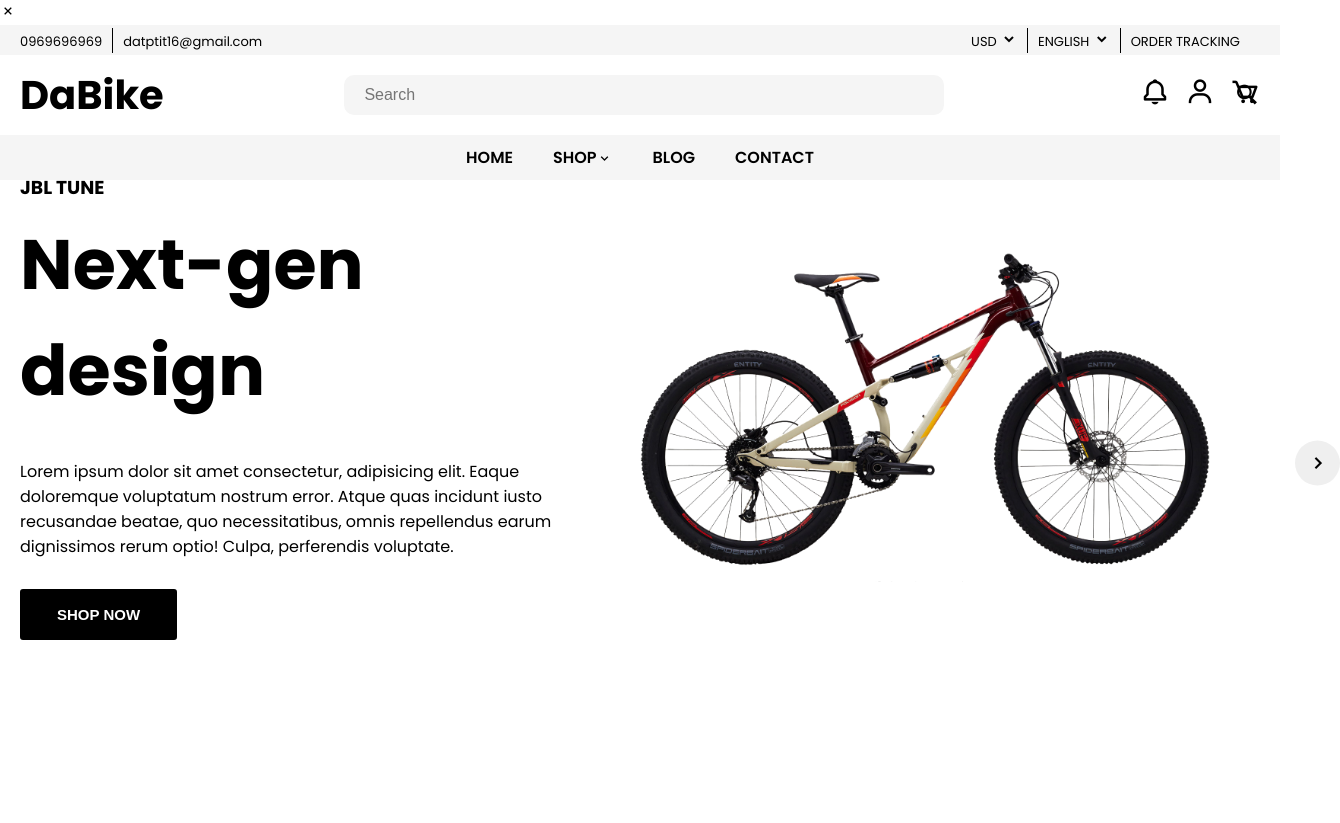
Repository: Datt21/DacMaxx
Page: index.html
The author's editor kept a copy of each file at every save. The page is drawn from the files as they stood at one save, then again after the next save.
The browser window is 1280 px wide. The page is 1340 px wide, so the pictures cover 1340 px, including what lies to the right of the window. The pictures show the whole page.

Above is the page before, as saved 2021-07-07 01:21:03.

After the next save:
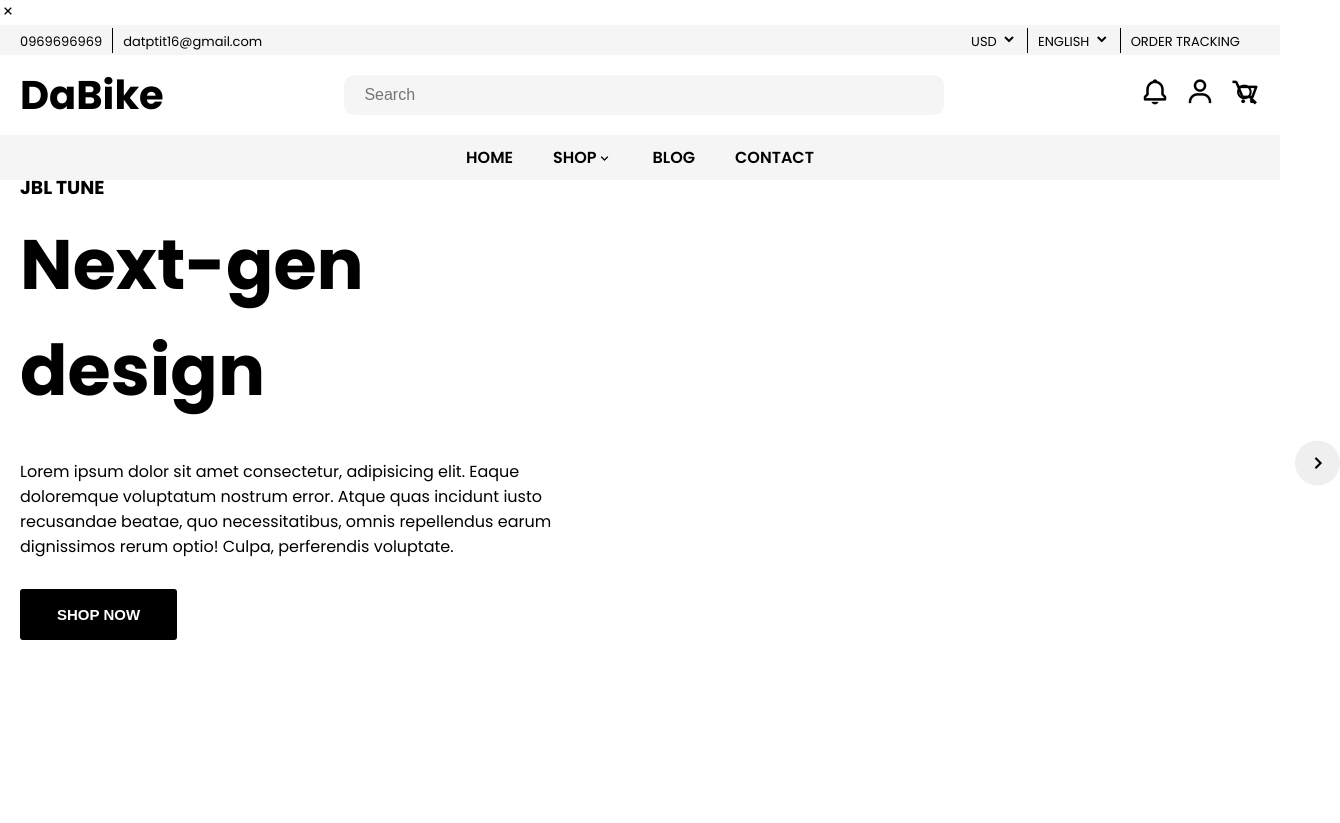
Saved 13 min 52 s later.
--- a/css/app.css
+++ b/css/app.css
@@ -341,6 +341,18 @@
     height: 80%;;
 }
 
+.slide .img img{
+    transform: rotate(-70deg);
+    transform-origin: bottom;
+    opacity: 0;
+    transition: transform 1s cubic-bezier(0.175, 0.885, 0.32, 1.275),
+        opacity 0.6s ease 0s;
+}
+.slide.active .slide .img img{
+    transform: rotate(0);
+    opacity: 1;
+}
+
 .btn-flat{
     display: inline-block;
     border: 2px solid var(--btn-border-color);

After the save that followed:
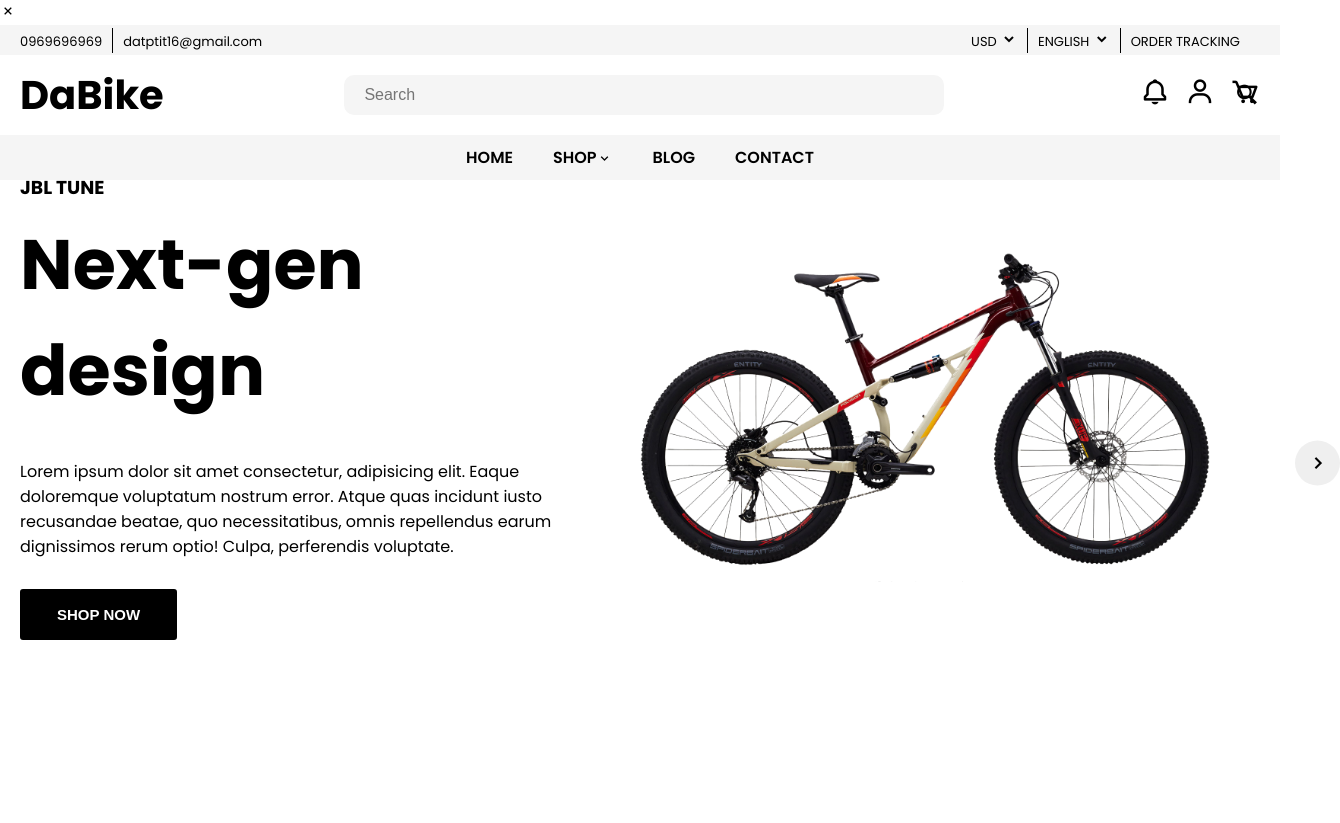
Saved 58 s later.
--- a/css/app.css
+++ b/css/app.css
@@ -341,14 +341,14 @@
     height: 80%;;
 }
 
-.slide .img img{
+.img img{
     transform: rotate(-70deg);
     transform-origin: bottom;
     opacity: 0;
     transition: transform 1s cubic-bezier(0.175, 0.885, 0.32, 1.275),
         opacity 0.6s ease 0s;
 }
-.slide.active .slide .img img{
+.slide.active .img img{
     transform: rotate(0);
     opacity: 1;
 }
